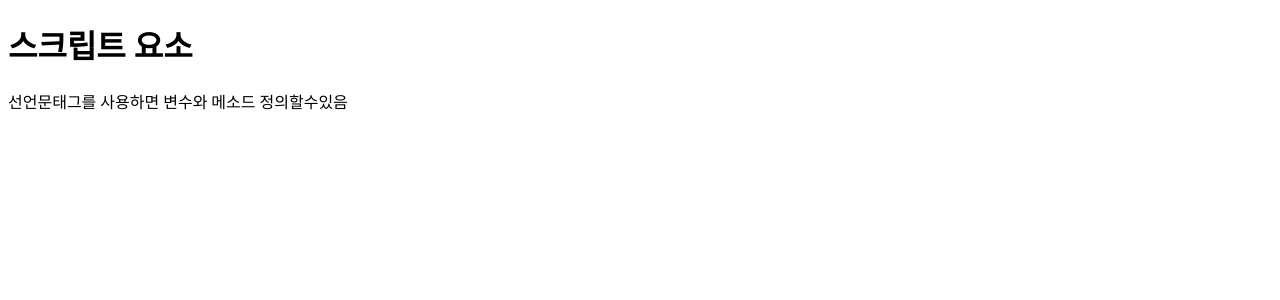
Repository: design-view/jspstudy
Page: http://localhost/GreenJsp/01jspdefault/scriptElement.jsp
The author's editor kept a copy of each file at every save. The page is drawn from the files as they stood at one save, then again after the next save.
The browser window is 1280 px wide. The pictures show the whole page.
The page is served by Tomcat 9. Nobody is signed in. The application's start-up code is not run. Other server files are loaded and not shown.

Above is the page before, as saved 2024-01-09 01:43:28.

### GreenJsp/src/main/webapp/01jspdefault/scriptElement.jsp
<%@ page language="java" contentType="text/html; charset=UTF-8"
    pageEncoding="UTF-8"%>
<!DOCTYPE html>
<html>
<head>
<meta charset="UTF-8">
<title>Insert title here</title>
</head>
<body>
	<h1>스크립트 요소</h1>
	<p>선언문태그를 사용하면 변수와 메소드 정의할수있음</p>
	<%!
		int count=3;
		String makeItLower(String str){
			return str.toLowerCase();
		}
	%>
</body>
</html>

After the next save:
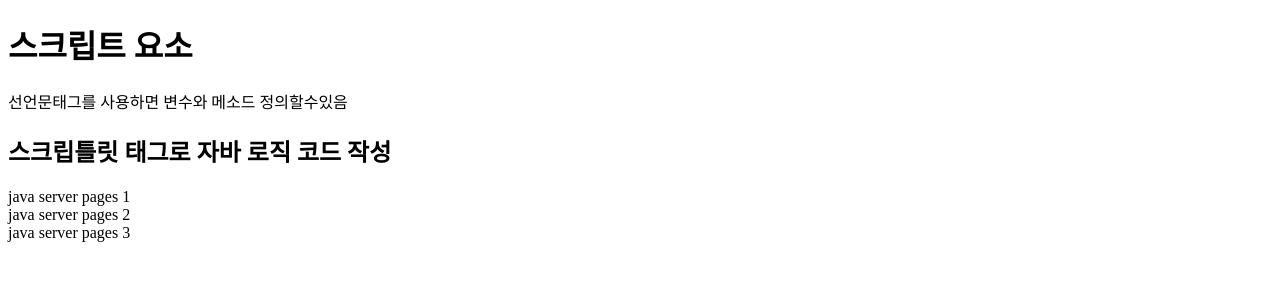
Saved 6 min 41 s later.
--- a/GreenJsp/src/main/webapp/01jspdefault/scriptElement.jsp
+++ b/GreenJsp/src/main/webapp/01jspdefault/scriptElement.jsp
@@ -15,5 +15,11 @@
 			return str.toLowerCase();
 		}
 	%>
+	<h2>스크립틀릿 태그로 자바 로직 코드 작성</h2>
+	<%
+		for(int i=1; i<=count; i++){
+			out.println("java server pages " + i + "<br>");
+		}
+	%>
 </body>
 </html>
